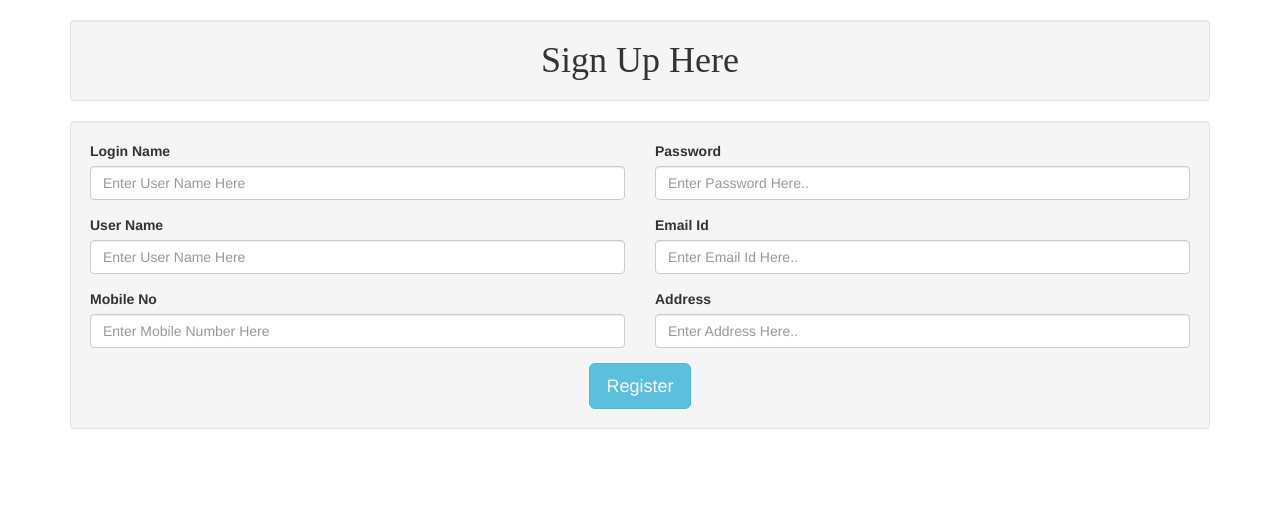
Repository: ManaliSant/Project-2-
Page: InteractionFrontEnd/WebContent/web/c_user/SignUp.html
These files come from the project's save history. The page is drawn as it stood at one moment and after the next save; the edit follows.
The browser window is 1280 px wide. The pictures show the whole page.

Above is the page before, as saved 2018-12-12 11:35:44.

After the next save:
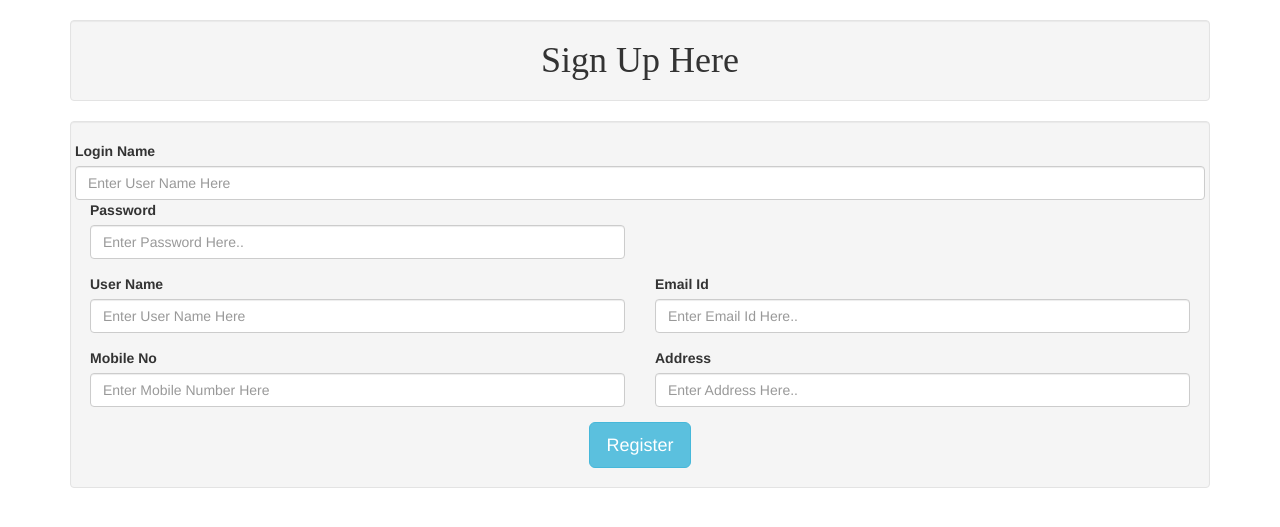
Saved 9 s later.
--- a/InteractionFrontEnd/WebContent/web/c_user/SignUp.html
+++ b/InteractionFrontEnd/WebContent/web/c_user/SignUp.html
@@ -22,7 +22,7 @@
 			<form>
 				<div class="col-sm-12">
 					<div class="row">
-						<div class="col-sm-6 form-group">
+						<div >
 							<label>Login Name</label> <input type="text" name="loginname"
 								ng-model="User.loginname" placeholder="Enter User Name Here"
 								ng-model="user.loginname" class="form-control">
